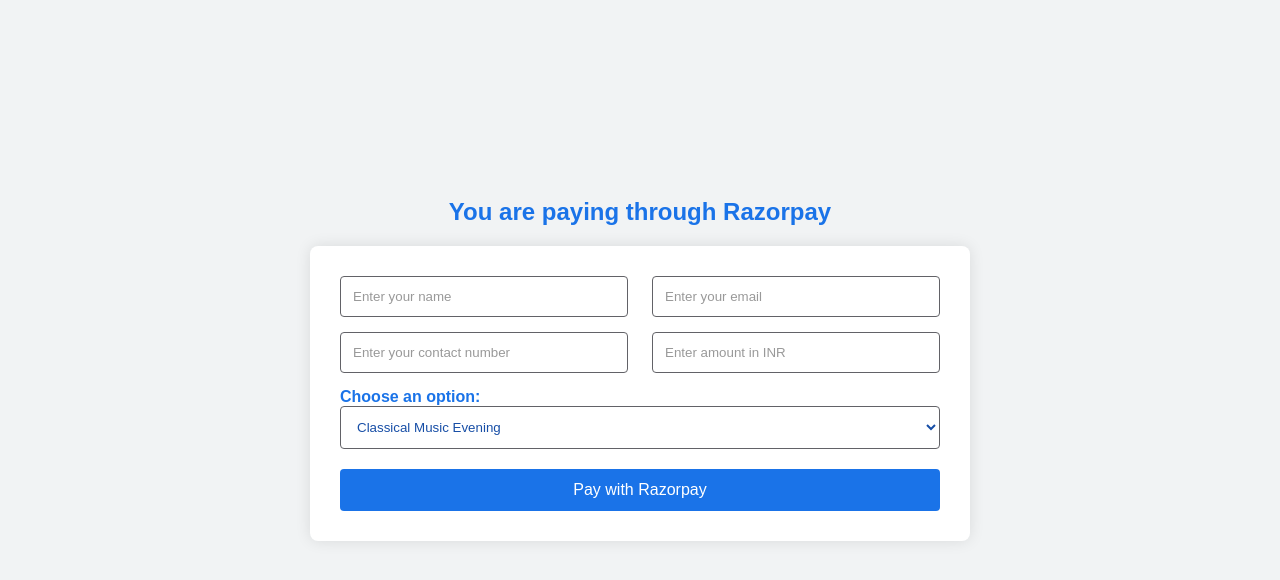
Repository: SharonSebastian32/razorpaypaymentgateway_implementation
Page: bookEventpage.html
An editor plug-in stored every save of this project. The page is shown before and after a run of saves, followed by the edit.
The browser window is 1280 px wide. The pictures show the whole page.

Above is the page before, as saved 2024-08-09 07:14:15.

After the next 4 saves:
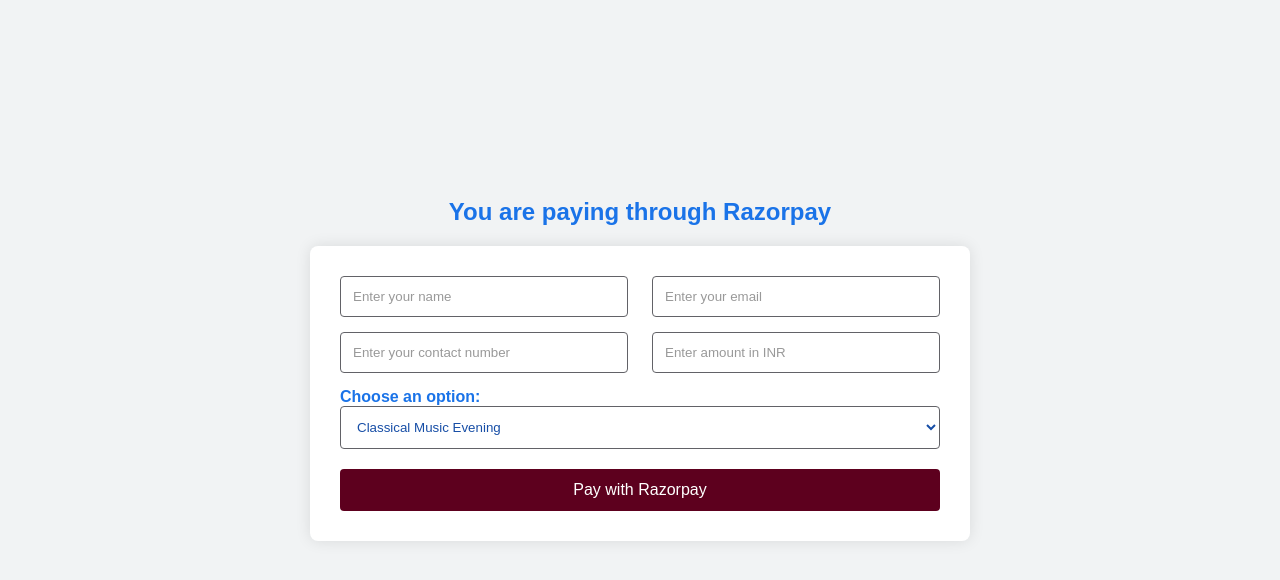
The 4 saves are shown as one change because they came seconds apart.
The last was saved 56 s later.
--- a/bookEventpage.html
+++ b/bookEventpage.html
@@ -80,7 +80,7 @@
       #rzp-button1 {
         width: 100%;
         padding: 12px;
-        background-color: var(--primary-blue);
+        background-color: #5d001e;
         color: var(--white);
         border: none;
         border-radius: 4px;
